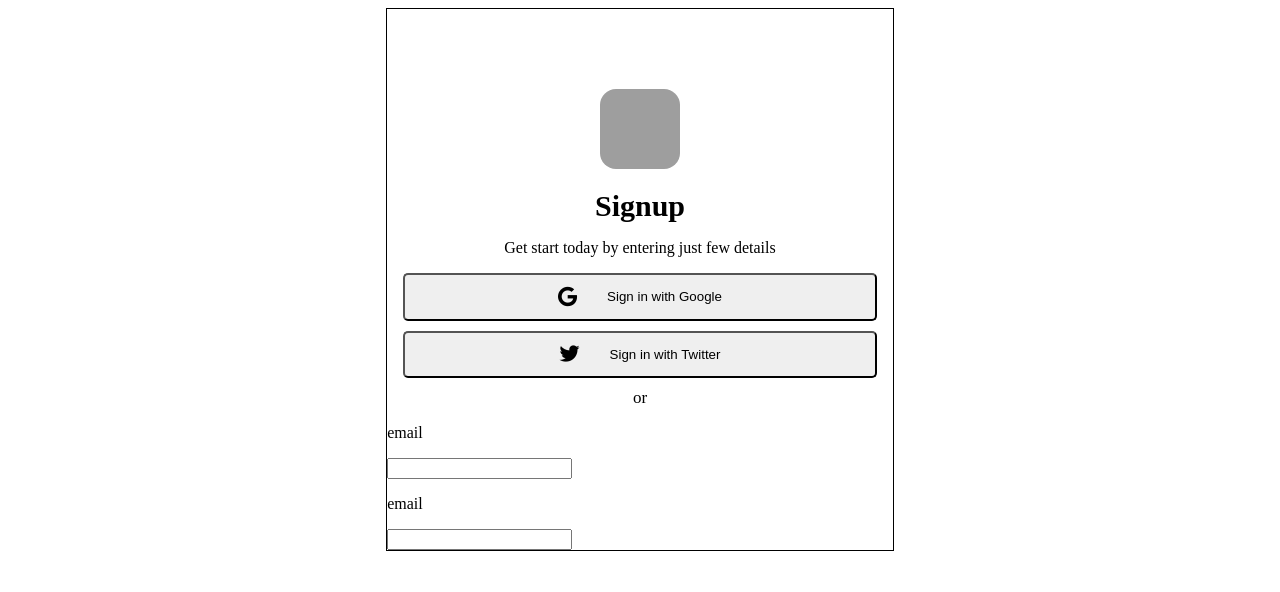
Repository: tungts3qb/Javascript
Page: sign-up/signup.html
The author's editor kept a copy of each file at every save. The page is drawn from the files as they stood at one save, then again after the next save.
The browser window is 1280 px wide. The pictures show the whole page.
Pictures or frames that could not be fetched are drawn as grey boxes.

Above is the page before, as saved 2022-12-26 22:12:43.

After the next save:
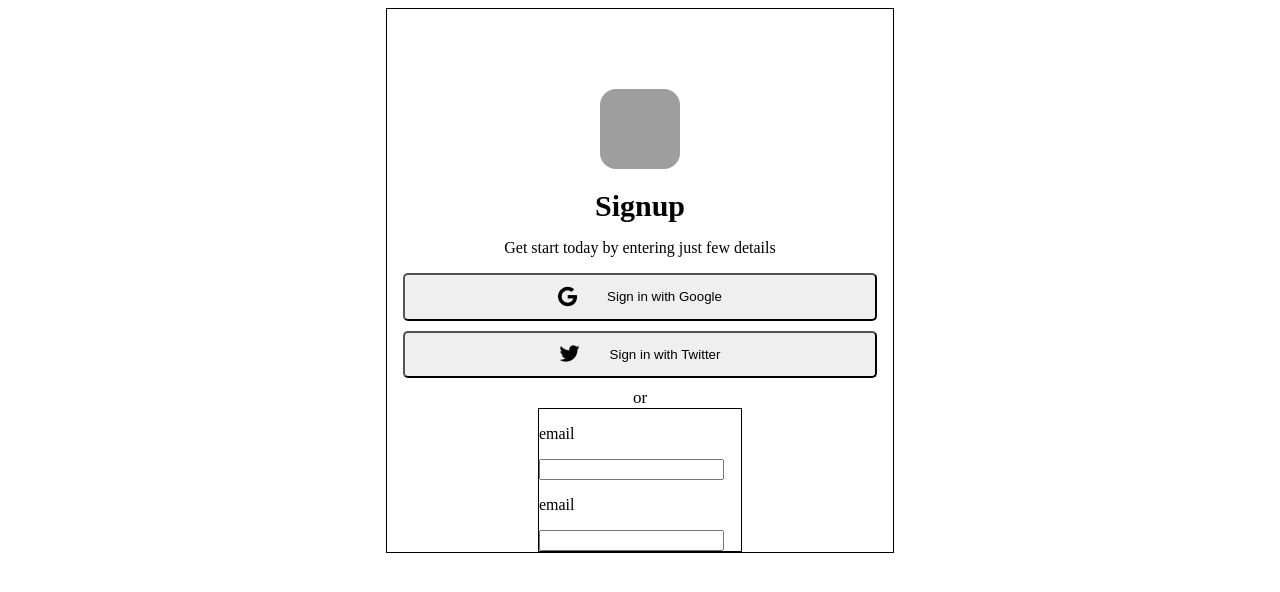
Saved 12 min 30 s later.
--- a/sign-up/signup.html
+++ b/sign-up/signup.html
@@ -36,7 +36,7 @@
         </button>
       </div>
       <div class="sign-up-or">or</div>
-      <form action="">
+      <form action="" class="sign-up-form">
         <p class="sign-up-email">email</p>
         <input type="email" name="" id="" class="input_email" />
         <p class="sign-up-password">email</p>

After the 2 saves that followed:
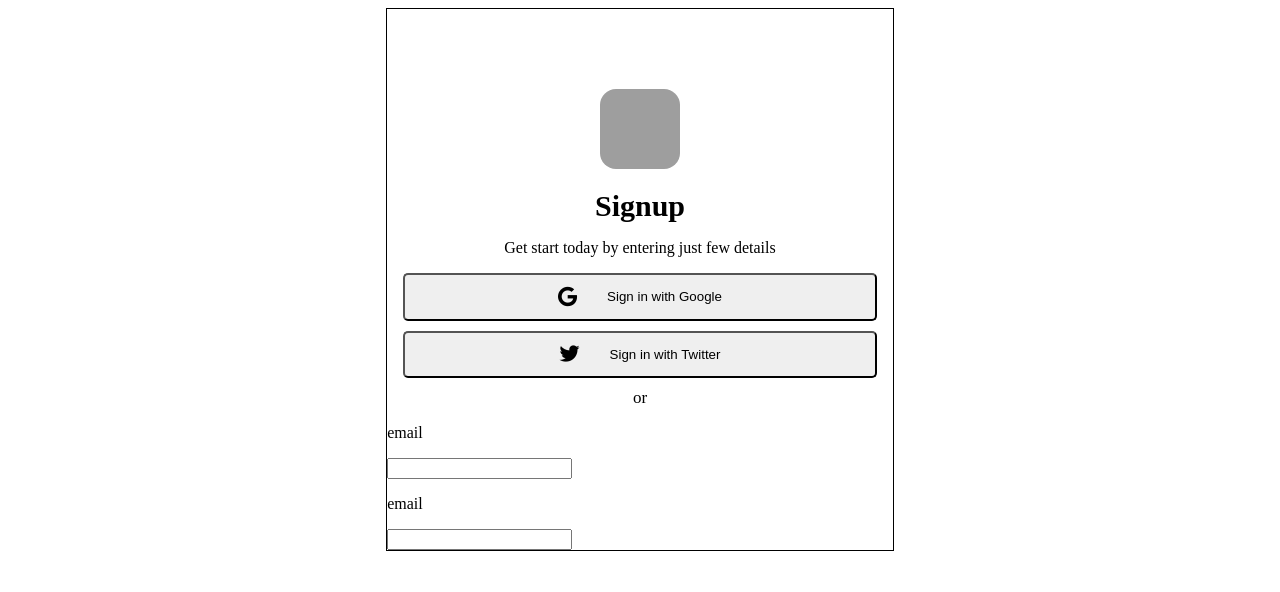
The 2 saves are shown as one change because 1 left the picture as it was.
The last was saved 99 s later.
--- a/sign-up/signup.html
+++ b/sign-up/signup.html
@@ -36,7 +36,7 @@
         </button>
       </div>
       <div class="sign-up-or">or</div>
-      <form action="" class="sign-up-form">
+      <form action="" class="sign-up-input">
         <p class="sign-up-email">email</p>
         <input type="email" name="" id="" class="input_email" />
         <p class="sign-up-password">email</p>
--- a/sign-up/sign-up.css
+++ b/sign-up/sign-up.css
@@ -58,3 +58,7 @@
   text-align: center;
   font-size: 17px;
 }
+
+/* .sign-up-form{
+
+} */
